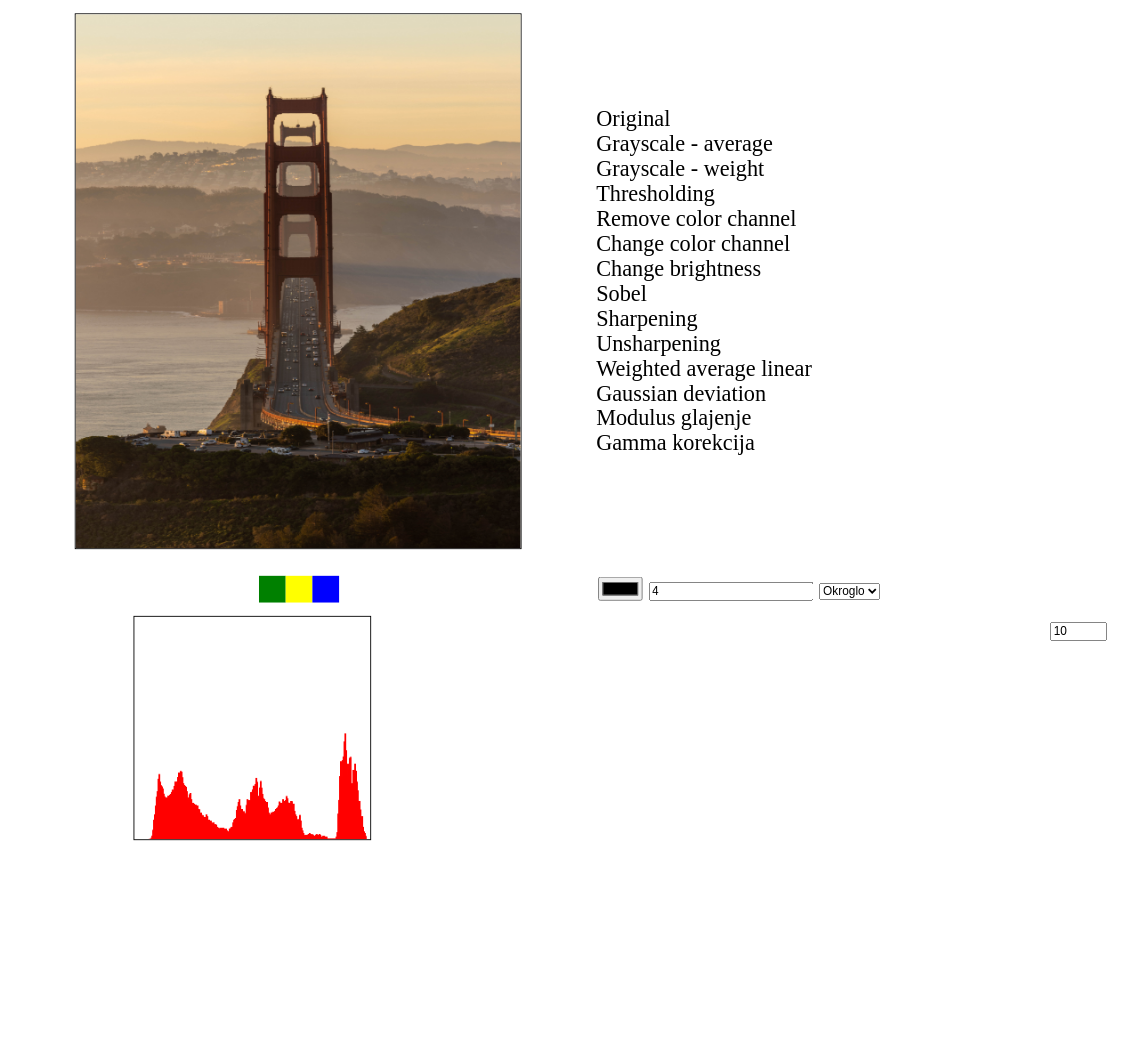
Repository: fussionko/web_photoshop
Page: index.html
These files come from the project's save history. The page is drawn as it stood at one moment and after a run of saves; the edit follows.
The browser window is 1280 px wide. The pictures show the whole page, at 89% of full size.

Above is the page before, as saved 2022-04-28 14:16:09.

### index.html
<!doctype html>
<html lang="en">
    <head>
        <meta charset="utf-8">
        <meta name="viewport" content="width=device-width, initial-scale=1">

        <title>Slike</title>
        <link rel="stylesheet" href="style.css">
    </head>
    <body>
        <div id="container-main">
            <canvas id="main_canvas"></canvas>
            <div id="container-buttons"></div>
            <div id="container-controls"></div>
        </div>
        <div id="container-assist">
            <div id="container-history"><div id="history-back"></div><div id="history-fow"></div><div id="history-reset"></div></div>
            <div id="container-color">
                <input type="color" id="color" value="#000000">
                <input type="number" id="brush-size" step="1" value="4">
                <select id="cap-type">
                    <option value="butt">Butt</option>
                    <option value="round" selected>Okroglo</option>
                    <option value="square">Kvadrat</option>
                </select>
            </div>
        </div>
        <div id="container-histogram">
            <canvas id="main-graph"></canvas>
            <div id="container-graph-data">
                <input type="number" id="basket-num" step="1" max="255" min="1" value="10">
            </div>
        </div>
        <script src="filters.js"></script>
        <script src="draw.js"></script>
        <script src="history.js"></script>
        <script src="graph.js"></script>
        <script src="main.js"></script>
    </body>
</html>

### style.css
html {
    margin: 0;
    width: 100%;
    height: 100%;

    background-color: white !important;
}
body {
    margin: 0;

    display: grid;
    align-items: center;

    font-size: 25px;
    background-color: white !important;
    width: 100%;
    height: 100%;

}

#container-main, #container-assist, #container-historgram {
    margin: 15px 0;
}

#container-main {
    width: 100%;
    display: grid;
    grid-template-columns: auto auto 200px;
    align-items: center;
    justify-content: space-evenly;

}
canvas {

    border: 1px solid black;
}

.button-function {
    border: 1px solid black;
    padding: 5px;
    margin: 5px;;
}

#container-assist {
    display: grid;
    grid-template-columns: auto auto ;
    justify-content: space-evenly;
}

#container-history {
    display: flex;

}

#history-back, #history-fow, #history-reset {
    width: 30px;
    height: 30px;
}

#history-fow {
    background-color: yellow;
}

#history-back {
    background-color: green;
}

#history-reset {
    background-color: blue;
}

#container-histogram {
    display: grid;
    grid-template-columns: 1fr 100px;
    margin-left: 150px;
    margin-bottom: 100px;
    height: 500px;
}

### draw.js
function loadDraw()
{
    document.addEventListener('mousemove', draw);
    document.addEventListener('mousedown', function(e){
        setPosition(e);
        draw(e);
    });
    document.addEventListener('mouseenter', setPosition);
    document.addEventListener('mouseup', function(e){
        if(e.clientX > canvas_x_position + canvas_width || e.clientX < canvas_x_position) return;
        if(e.clientY > canvas_y_position + canvas_height || e.clientY < canvas_y_position) return;
        loadImage(getPixelData());
    });

    document.getElementById("color").addEventListener("change", function(){
        draw_color = this.value;
        console.log(draw_color);
    });

    document.getElementById("brush-size").addEventListener("change", function(){
        brush_size = parseInt(this.value);
        console.log(brush_size);
    });

    document.getElementById("cap-type").addEventListener("change", function(){
        cap_type = this.value;
        console.log(cap_type);
    });
}

let pos = {x:0, y:0}

function setPosition(e)
{
    pos.x = e.clientX - canvas_x_position;
    pos.y = e.clientY - canvas_y_position;
}

let draw_color = "#000000";
let brush_size = 4;
let cap_type = "round";
function draw(e)
{
    if (e.buttons !== 1) return;

    main_ctx.beginPath(); // begin

    main_ctx.lineWidth = brush_size;
    main_ctx.lineCap = cap_type;
    main_ctx.strokeStyle = draw_color;

    main_ctx.moveTo(pos.x, pos.y); // from
    setPosition(e);
    main_ctx.lineTo(pos.x, pos.y); // to

    main_ctx.stroke(); // draw it!


}

function delete_draw(e)
{
    if (e.buttons !== 1) return;

    main_ctx.beginPath(); // begin

    main_ctx.lineWidth = brush_size;
    main_ctx.lineCap = 'round';
    main_ctx.strokeStyle = draw_color;

    main_ctx.moveTo(pos.x, pos.y); // from
    setPosition(e);
    main_ctx.lineTo(pos.x, pos.y); // to

    main_ctx.stroke(); // draw it!
}

### history.js
function loadHistory()
{
    document.getElementById("history-back").addEventListener("click", function(){
        if(moveBackwardHistory() == -1) return;
        loadImageHistory();
    })

    document.getElementById("history-fow").addEventListener("click", function(){
        if(moveFowardHistory() == -1) return;
        loadImageHistory();
    })

    document.getElementById("history-reset").addEventListener("click", function(){
        let draw_image = new ImageData(canvas_width, canvas_height);
        draw_image.data.set(original_img_data);
        history = [draw_image.data];
        currentHistoryIndex = 1;
        current_filter_data["filter"] = "original";
        current_filter_data["index"] = 1;
        current_filter_data["data"] = draw_image.data;
        loadImageHistory();
    })
}

let history = [];
let currentHistoryIndex = 0;
function addToHistory(img_data)
{
    if(checkSame(img_data, history[history.length-1]) == 1) return;
    if(currentHistoryIndex != history.length)
        removeHistoryToIndex();

    history.push(img_data);
    currentHistoryIndex++;
}

function removeHistoryToIndex()
{
    history.splice(currentHistoryIndex, history.length-currentHistoryIndex)
}

function moveFowardHistory()
{
    if(currentHistoryIndex+1 > history.length) return -1;
    currentHistoryIndex++;
    return 1;
}

function moveBackwardHistory()
{
    if(currentHistoryIndex-1 <= 0) return -1;
    currentHistoryIndex--;
    return 1;
}

function getCurrentHistory()
{
    return history[currentHistoryIndex];
}

### graph.js

const graph_width = 265;
const graph_height = 250;

let main_graph;
let graph_ctx;

let normalization_value = 35;
let graph_offset = 5;


function initGraph()
{

    main_graph = document.getElementById("main-graph");
    graph_ctx = main_graph.getContext('2d');
    main_graph.width = graph_width;
    main_graph.height = graph_height;

    document.getElementById("basket-num").addEventListener("change", function(){
        basket_num = parseInt(this.value);
    });

    create_graph()
}

let basket_num = 10;
let basket_size = Math.round(255/basket_num);
const graph_template = {
    "r":{},
    "g":{},
    "b":{}
}
let graph = JSON.parse(JSON.stringify(graph_template));

async function create_graph()
{
    // graph = JSON.parse(JSON.stringify(graph_template));
    // for(let i = 1; i <= basket_num; i++)
    // {
    //     graph["r"][basket_size*i] = 0;
    //     graph["g"][basket_size*i] = 0;
    //     graph["b"][basket_size*i] = 0;
    // }
    graph = JSON.parse(JSON.stringify(graph_template));
    for(let i = 0; i <= 255; i++)
    {
        graph["r"][i] = 0;
        graph["g"][i] = 0;
        graph["b"][i] = 0;
    }
}

async function count_Pixel(img_data)
{
    let ranges = Object.keys(graph["r"]);
    console.log(ranges);
    // for(let i = 0; i < img_data.length; i+=4)
    // {
    //     for(const key in ranges)
    //         if(img_data[i] < parseInt(ranges[key]))
    //         {
    //             graph["r"][ranges[key]]++;
    //             break;
    //         }
    //     for(const key in ranges)
    //         if(img_data[i+1] < parseInt(ranges[key]))
    //         {
    //             graph["g"][ranges[key]]++;
    //             break;
    //         }
    //     for(const key in ranges)
    //         if(img_data[i+2] < parseInt(ranges[key]))
    //         {
    //             graph["b"][ranges[key]]++;
    //             break;
    //         }
    // }
   // console.log(graph);
    for(let i = 0; i < img_data.length; i+=4)
    {

        graph["r"][ranges[img_data[i]]]+= 1/normalization_value;
        graph["g"][ranges[img_data[i+1]]]++;
        graph["b"][ranges[img_data[i+2]]]++;
        drawLine(graph_offset+img_data[i], graph_height, graph_offset+img_data[i], graph_height-graph["r"][ranges[img_data[i]]], "#FF0000")
    }


    //normalizeGraph();
    console.log(graph);
    //draw_graph();
}

function normalizeGraph()
{
    console.log(normalization_value);
    for(const c in graph)
        for(const range in graph[c])
            graph[c][range] = Math.round(graph[c][range]/normalization_value);
}


async function drawLine(x1, y1, x2, y2, color)
{
    graph_ctx.beginPath();

    graph_ctx.strokeStyle = color;
    graph_ctx.moveTo(x1, y1);
    graph_ctx.lineTo(x2, y2);
    graph_ctx.stroke();

    graph_ctx.closePath();
}

function draw_graph()
{
    graph_ctx.lineWidth = 1;
    console.log(graph);
    for(let range in graph["r"])
    {
        range = parseInt(range);

        graph_ctx.beginPath();
        graph_ctx.moveTo(graph_offset+range, graph_height);
        graph_ctx.strokeStyle = "#FF0000";

        graph_ctx.lineTo(graph_offset+range, graph_height-graph["r"][range]);
        graph_ctx.stroke();
        graph_ctx.closePath();

        graph_ctx.beginPath();
        graph_ctx.moveTo(graph_offset+range, graph_height);
        graph_ctx.strokeStyle = "#00FF00";
        graph_ctx.lineTo(graph_offset+range, graph_height-graph["g"][range]);
        graph_ctx.stroke();
        graph_ctx.closePath();

        graph_ctx.beginPath();
        graph_ctx.moveTo(graph_offset+range, graph_height);
        graph_ctx.strokeStyle = "#0000FF";
        graph_ctx.lineTo(graph_offset+range, graph_height-graph["b"][range]);
        graph_ctx.stroke();
        graph_ctx.closePath();
    }


}

Loaded but not shown: main.js (433 lines, source omitted); filters.js (443 lines, source omitted)

After the next 2 saves:
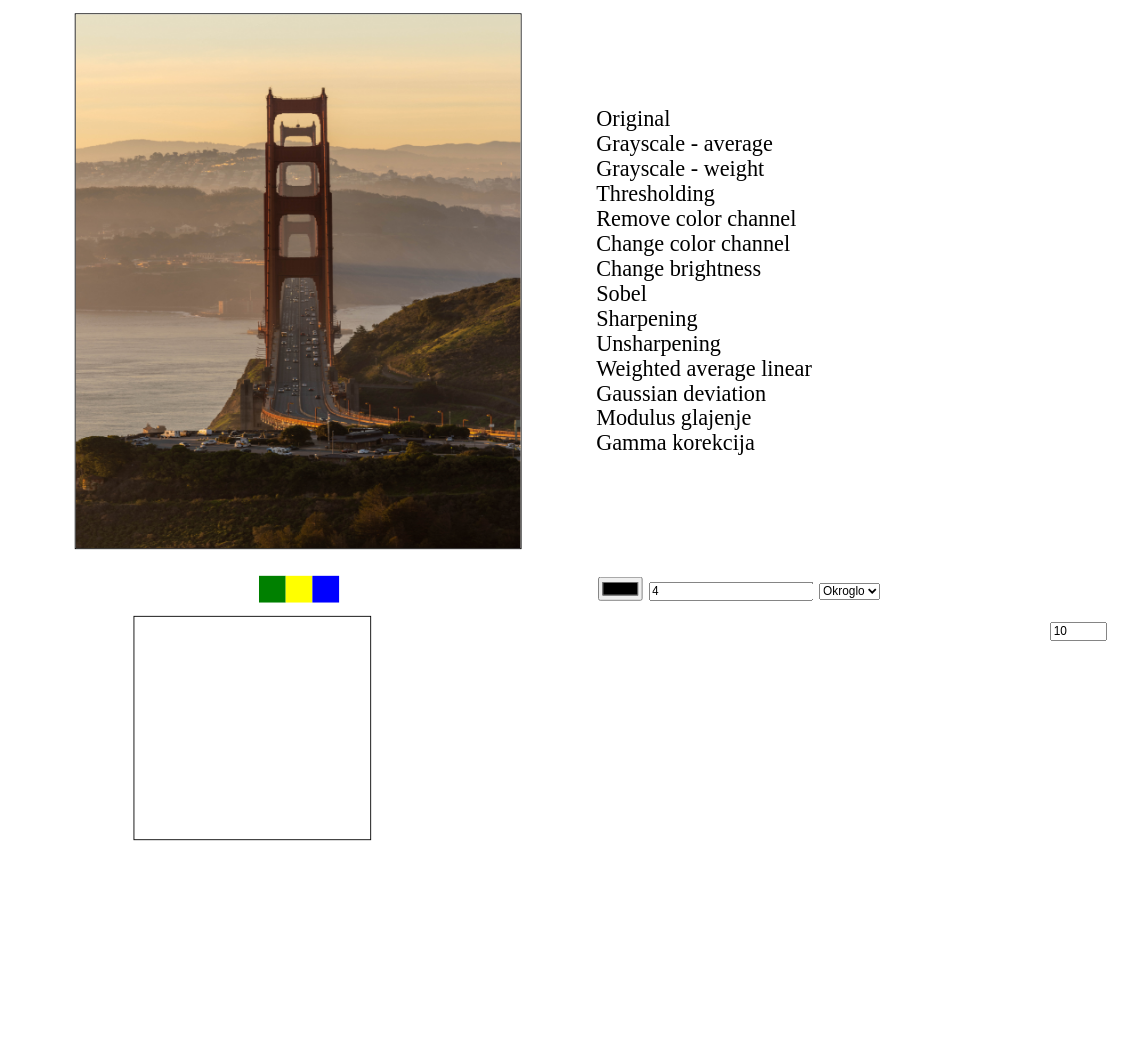
The 2 saves are shown as one change because they came seconds apart.
The last was saved 2 min 7 s later.
--- a/graph.js
+++ b/graph.js
@@ -33,7 +33,7 @@ const graph_template = {
 }
 let graph = JSON.parse(JSON.stringify(graph_template));
 
-async function create_graph()
+function create_graph()
 {
     // graph = JSON.parse(JSON.stringify(graph_template));
     // for(let i = 1; i <= basket_num; i++)
@@ -80,14 +80,14 @@ async function count_Pixel(img_data)
     for(let i = 0; i < img_data.length; i+=4)
     {
 
-        graph["r"][ranges[img_data[i]]]+= 1/normalization_value;
+        graph["r"][ranges[img_data[i]]]++;
         graph["g"][ranges[img_data[i+1]]]++;
         graph["b"][ranges[img_data[i+2]]]++;
-        drawLine(graph_offset+img_data[i], graph_height, graph_offset+img_data[i], graph_height-graph["r"][ranges[img_data[i]]], "#FF0000")
+        //drawLine(graph_offset+img_data[i], graph_height, graph_offset+img_data[i], graph_height-graph["r"][ranges[img_data[i]]], "#FF0000")
     }
 
 
-    //normalizeGraph();
+    normalizeGraph();
     console.log(graph);
     //draw_graph();
 }
